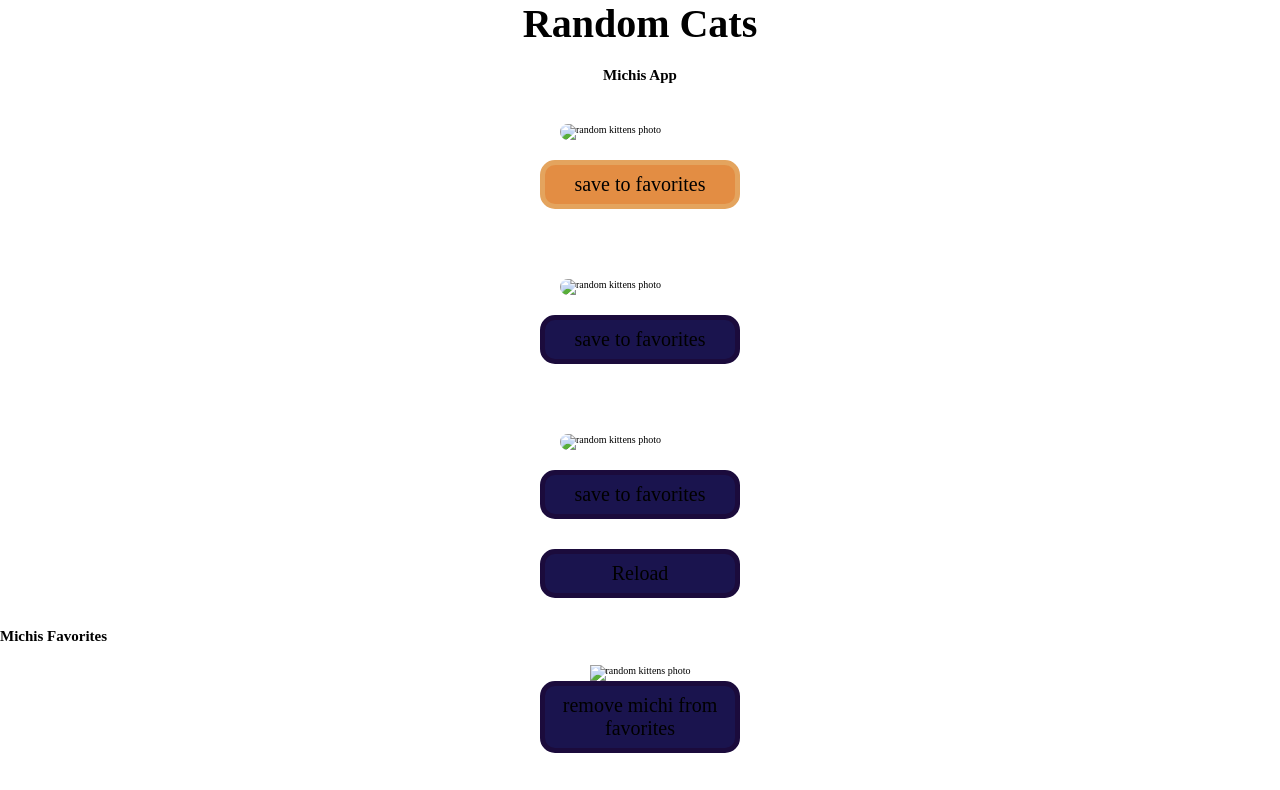
Repository: elto82/ConsumoAPIRESTjs
Page: index.html
An editor plug-in stored every save of this project. The page is shown before and after the next save, followed by the edit.
The browser window is 1280 px wide. The pictures show the whole page.
The pointer rests on the first visible `.random-cat-button`.
The page's requests for data from a server got no answer.

Above is the page before, as saved 2022-07-02 20:45:55.

After the next save:
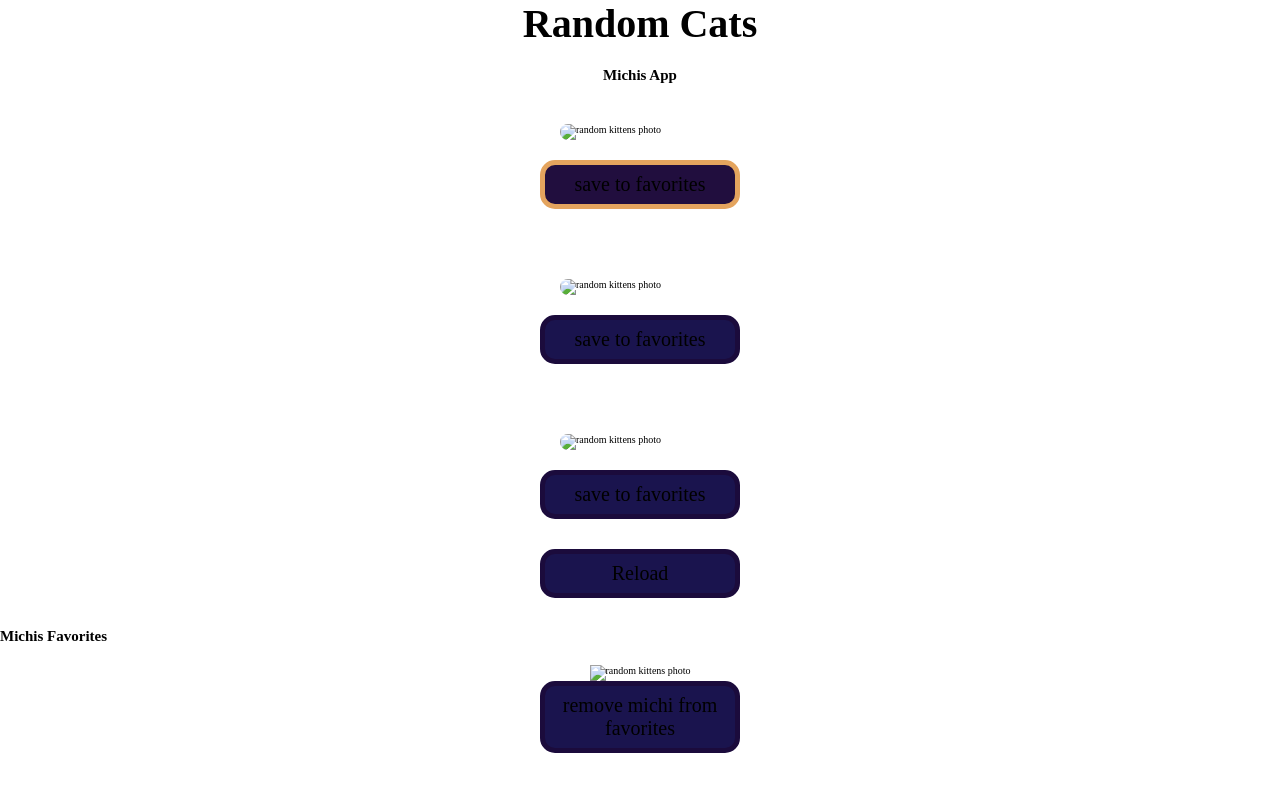
Saved 44 s later.
--- a/style.css
+++ b/style.css
@@ -51,5 +51,5 @@ article{
 }
 .random-cat-button:hover {
   border: 5px solid rgb(228, 164, 94);
-  background-color: rgb(227, 141, 67);
+  background-color: rgb(33, 14, 62);
 }
